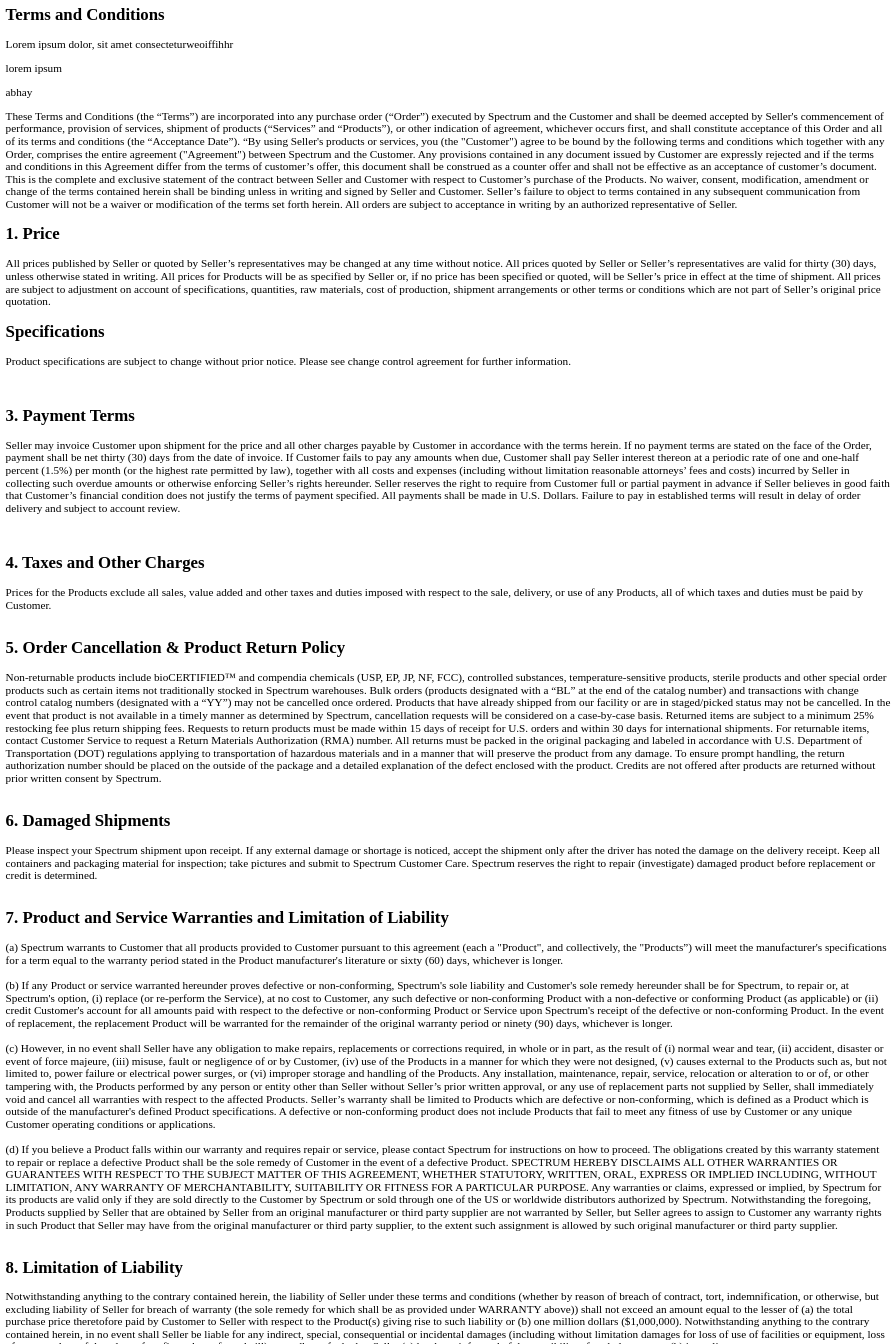
Repository: abhay3690/cheMart
Page: cheMart/cheMart/WebContent/jsp/user/terms.html
The author's editor kept a copy of each file at every save. The page is drawn from the files as they stood at one save, then again after the next save.
The browser window is 1280 px wide. The pictures show the part of the page from y = 0 to 1920 px (the page is 3045 px tall before and 3063 px after), at 70% of full size.

Above is the page before, as saved 2023-11-07 10:01:59.

### cheMart/cheMart/WebContent/jsp/user/terms.html
<div class="about">
	<h2 class="heading">Terms and Conditions</h2>
	<p>Lorem ipsum dolor, sit amet consecteturweoiffihhr</p>
	<p>lorem ipsum</p>
	<div>abhay</div>

	<p>
		<div>These Terms and Conditions (the “Terms”) are incorporated into any purchase order (“Order”) executed by Spectrum and the Customer and shall be deemed accepted by Seller's commencement of performance, provision of services, shipment of products (“Services” and “Products”), or other indication of agreement, whichever occurs first, and shall constitute acceptance of this Order and all of its terms and conditions (the “Acceptance Date”). “By using Seller's products or services, you (the "Customer") agree to be bound by the following terms and conditions which together with any Order, comprises the entire agreement ("Agreement") between Spectrum and the Customer. Any provisions contained in any document issued by Customer are expressly rejected and if the terms and conditions in this Agreement differ from the terms of customer’s offer, this document shall be construed as a counter offer and shall not be effective as an acceptance of customer’s document. This is the complete and exclusive statement of the contract between Seller and Customer with respect to Customer’s purchase of the Products. No waiver, consent, modification, amendment or change of the terms contained herein shall be binding unless in writing and signed by Seller and Customer. Seller’s failure to object to terms contained in any subsequent communication from Customer will not be a waiver or modification of the terms set forth herein. All orders are subject to acceptance in writing by an authorized representative of Seller.</div>

<div>
	<div>
	<h2>1. Price</h2>

All prices published by Seller or quoted by Seller’s representatives may be changed at any time without notice. All prices quoted by Seller or Seller’s representatives are valid for thirty (30) days, unless otherwise stated in writing. All prices for Products will be as specified by Seller or, if no price has been specified or quoted, will be Seller’s price in effect at the time of shipment. All prices are subject to adjustment on account of specifications, quantities, raw materials, cost of production, shipment arrangements or other terms or conditions which are not part of Seller’s original price quotation.
<br>
	</div>
<div>
   <h2>Specifications</h2>

Product specifications are subject to change without prior notice. Please see change control agreement for further information.
</div>

<div>
	<br>
	<br>
<h2> 3. Payment Terms</h2>

Seller may invoice Customer upon shipment for the price and all other charges payable by Customer in accordance with the terms herein. If no payment terms are stated on the face of the Order, payment shall be net thirty (30) days from the date of invoice. If Customer fails to pay any amounts when due, Customer shall pay Seller interest thereon at a periodic rate of one and one-half percent (1.5%) per month (or the highest rate permitted by law), together with all costs and expenses (including without limitation reasonable attorneys’ fees and costs) incurred by Seller in collecting such overdue amounts or otherwise enforcing Seller’s rights hereunder. Seller reserves the right to require from Customer full or partial payment in advance if Seller believes in good faith that Customer’s financial condition does not justify the terms of payment specified. All payments shall be made in U.S. Dollars. Failure to pay in established terms will result in delay of order delivery and subject to account review.

<br></div>
<div><br>
<br>
<h2> 4. Taxes and Other Charges</h2>

Prices for the Products exclude all sales, value added and other taxes and duties imposed with respect to the sale, delivery, or use of any Products, all of which taxes and duties must be paid by Customer.
<br>
<br>
</div>
<div>

<h2> 5. Order Cancellation & Product Return Policy</h2>

Non-returnable products include bioCERTIFIED™ and compendia chemicals (USP, EP, JP, NF, FCC), controlled substances, temperature-sensitive products, sterile products and other special order products such as certain items not traditionally stocked in Spectrum warehouses. Bulk orders (products designated with a “BL” at the end of the catalog number) and transactions with change control catalog numbers (designated with a “YY”) may not be cancelled once ordered. Products that have already shipped from our facility or are in staged/picked status may not be cancelled. In the event that product is not available in a timely manner as determined by Spectrum, cancellation requests will be considered on a case-by-case basis.

Returned items are subject to a minimum 25% restocking fee plus return shipping fees. Requests to return products must be made within 15 days of receipt for U.S. orders and within 30 days for international shipments. For returnable items, contact Customer Service to request a Return Materials Authorization (RMA) number. All returns must be packed in the original packaging and labeled in accordance with U.S. Department of Transportation (DOT) regulations applying to transportation of hazardous materials and in a manner that will preserve the product from any damage. To ensure prompt handling, the return authorization number should be placed on the outside of the package and a detailed explanation of the defect enclosed with the product.

Credits are not offered after products are returned without prior written consent by Spectrum.
<br><br>
</div>

<div>
<h2> 6. Damaged Shipments</h2>
Please inspect your Spectrum shipment upon receipt. If any external damage or shortage is noticed, accept the shipment only after the driver has noted the damage on the delivery receipt. Keep all containers and packaging material for inspection; take pictures and submit to Spectrum Customer Care. Spectrum reserves the right to repair (investigate) damaged product before replacement or credit is determined.
<br>
<br>
</div>

<div>
<h2> 7. Product and Service Warranties and Limitation of Liability</h2>
(a) Spectrum warrants to Customer that all products provided to Customer pursuant to this agreement (each a "Product", and collectively, the "Products”) will meet the manufacturer's specifications for a term equal to the warranty period stated in the Product manufacturer's literature or sixty (60) days, whichever is longer.
<br><br>
(b) If any Product or service warranted hereunder proves defective or non-conforming, Spectrum's sole liability and Customer's sole remedy hereunder shall be for Spectrum, to repair or, at Spectrum's option, (i) replace (or re-perform the Service), at no cost to Customer, any such defective or non-conforming Product with a non-defective or conforming Product (as applicable) or (ii) credit Customer's account for all amounts paid with respect to the defective or non-conforming Product or Service upon Spectrum's receipt of the defective or non-conforming Product. In the event of replacement, the replacement Product will be warranted for the remainder of the original warranty period or ninety (90) days, whichever is longer.
<br><br>
(c) However, in no event shall Seller have any obligation to make repairs, replacements or corrections required, in whole or in part, as the result of (i) normal wear and tear, (ii) accident, disaster or event of force majeure, (iii) misuse, fault or negligence of or by Customer, (iv) use of the Products in a manner for which they were not designed, (v) causes external to the Products such as, but not limited to, power failure or electrical power surges, or (vi) improper storage and handling of the Products. Any installation, maintenance, repair, service, relocation or alteration to or of, or other tampering with, the Products performed by any person or entity other than Seller without Seller’s prior written approval, or any use of replacement parts not supplied by Seller, shall immediately void and cancel all warranties with respect to the affected Products.

Seller’s warranty shall be limited to Products which are defective or non-conforming, which is defined as a Product which is outside of the manufacturer's defined Product specifications. A defective or non-conforming product does not include Products that fail to meet any fitness of use by Customer or any unique Customer operating conditions or applications.
<br><br>
(d) If you believe a Product falls within our warranty and requires repair or service, please contact Spectrum for instructions on how to proceed. The obligations created by this warranty statement to repair or replace a defective Product shall be the sole remedy of Customer in the event of a defective Product. SPECTRUM HEREBY DISCLAIMS ALL OTHER WARRANTIES OR GUARANTEES WITH RESPECT TO THE SUBJECT MATTER OF THIS AGREEMENT, WHETHER STATUTORY, WRITTEN, ORAL, EXPRESS OR IMPLIED INCLUDING, WITHOUT LIMITATION, ANY WARRANTY OF MERCHANTABILITY, SUITABILITY OR FITNESS FOR A PARTICULAR PURPOSE.

Any warranties or claims, expressed or implied, by Spectrum for its products are valid only if they are sold directly to the Customer by Spectrum or sold through one of the US or worldwide distributors authorized by Spectrum.

Notwithstanding the foregoing, Products supplied by Seller that are obtained by Seller from an original manufacturer or third party supplier are not warranted by Seller, but Seller agrees to assign to Customer any warranty rights in such Product that Seller may have from the original manufacturer or third party supplier, to the extent such assignment is allowed by such original manufacturer or third party supplier.
<br><br>
</div>

<div>
<h2> 8. Limitation of Liability</h2>

Notwithstanding anything to the contrary contained herein, the liability of Seller under these terms and conditions (whether by reason of breach of contract, tort, indemnification, or otherwise, but excluding liability of Seller for breach of warranty (the sole remedy for which shall be as provided under WARRANTY above)) shall not exceed an amount equal to the lesser of (a) the total purchase price theretofore paid by Customer to Seller with respect to the Product(s) giving rise to such liability or (b) one million dollars ($1,000,000). Notwithstanding anything to the contrary contained herein, in no event shall Seller be liable for any indirect, special, consequential or incidental damages (including without limitation damages for loss of use of facilities or equipment, loss of revenue, loss of data, loss of profits or loss of goodwill), regardless of whether Seller (a) has been informed of the possibility of such damages or (b) is negligent.
<br>
<br>
</div>

<div>
<h2> 9. Indemnification </h2>

Customer agrees to defend, indemnify and hold Spectrum, it officers, directors, employees and agents harmless from and against any and all claims, actions, lawsuits, including Spectrum’s attorneys’ fees, expenses, and costs of litigation, arising from Customer’s purchase or subsequent sale or transfer of a Product or to any breach Customer’s obligations under this Agreement. Customer agrees that its duty to defend, indemnify and hold Spectrum harmless arises at the first notice of a claim, action, or lawsuit. Customer agrees that its duty to defend, indemnify and to hold Spectrum harmless applies to any attorneys’ fees, expenses, and costs of litigation incurred or paid by Spectrum to enforce this Section 9. This Section 9 shall survive termination and cancellation of this Agreement.
<br>
<br>
</div>

<div>
<h2> 10. Proprietary Information</h2>
Customer agrees that all pricing, discounts and technical information that Seller provides to Customer are the confidential and proprietary information of Seller. Customer agrees to (1) keep such information confidential and not disclose such information to any third party, and (2) use such information solely for Customer’s internal purposes and in connection with the Products supplied hereunder. Nothing herein shall restrict the use of information available to the general public. Customer shall inform its employees, agents, and representatives of these obligations and shall require them to assume equivalent obligations.
<br>
<br>
</div>

<div>
<h2> 11. Miscellaneous</h2>

<strong>(a) Termination</strong> - This Agreement may be terminated by either party with agreed upon written notice delivered to the other party; This termination will only apply to Purchase orders that are not in shipment to facility or at Sellers warehouse.  In the event of any termination or expiration of this Agreement, Customer shall be billed immediately for Products shipped through the effective date of such termination or expiration and all custom Products purchased for Customer in Spectrum's inventories at such date, and Customer shall pay the invoiced amount immediately upon receipt of such invoice.
<br>
<strong>(b) Delivery, Cancellation and Changes by Customer </strong>- The Products will be shipped to the destination specified by Customer, F.O.B. Seller’s shipping point. Seller will have the right, at its election, to make partial shipments of the Products and to invoice each shipment separately. Delivery of all orders will be FCA (INCOTERMS 2000). Shipping and handling fees, special packaging materials (e.g., blue ice), carrier surcharges and hazardous material fees imposed by government regulation will be added separately to the invoice. Seller reserves the right to stop delivery of Products in transit and to withhold shipments in whole or in part if Customer fails to make any payment to Seller when due or otherwise fails to perform its obligations hereunder. All shipping and delivery dates are approximate only, and Seller will not be liable for any loss or damage resulting from any delay in delivery or failure to deliver which is due to any cause beyond Seller’s reasonable control. In the event of a delay due to any cause beyond Seller’s reasonable control, Seller reserves the right to terminate the order or to reschedule the shipment within a reasonable period of time, and Customer will not be entitled to refuse delivery or otherwise be relieved of any obligations as the result of such delay. Orders in process may be canceled only with Seller’s written or verbal consent and upon payment of Seller’s cancellation charges and/or restock fees, where applicable. Orders in process may not be changed except with Seller’s written consent and upon agreement by the parties as to an appropriate adjustment in the purchase price therefore.
<br>
</div>

<div>
	<br>
	<br>
<h2> 12. Title and Risk of Loss</h2>

Notwithstanding the trade terms indicated above and subject to Seller’s right to stop delivery of Products in transit, title to and risk of loss of the Products will pass to Customer upon delivery of possession of the Products by Seller to the carrier; provided, however, that title to any software incorporated within or forming a part of the Products shall at all times remain with Seller or the licensor(s) thereof, as the case may be.
<br>
<strong>(a) Severability </strong>- If any term or provision of this Agreement or any application thereof shall be held invalid or unenforceable, the remainder of this Agreement and any application of the terms and provisions shall not be affected thereby, but shall remain valid and enforceable.<br>

<strong>(b) Applicable Law, Venue </strong>- This Agreement is made pursuant to, and shall be construed and enforced exclusively in accordance with, the laws of the State of California (and United States federal law, to the extent applicable), without giving effect to otherwise applicable principles of conflicts of law.  Any action or proceeding seeking to enforce any provision of, or based on any right arising out of, this Agreement against any of the parties shall be brought in the courts of the State of California, or, if applicable, in the United States District Court for the Central District of California, and each of the parties consents to the jurisdiction of such courts (and of the appropriate appellate courts) in any such action or proceeding. In the event of any legal proceeding between the Seller and Customer relating to this Agreement, neither party may claim the right to a trial by jury, and both parties waive any right they may have under applicable law or otherwise to a right to a trial by jury.<br>

<strong>(c) Time Limitations </strong>- Regardless of any contrary statute or law, any suit seeking to enforce any provision of, or based on any right arising out of, this Agreement must be filed within one (1) year from the date that the cause of action arose.<br>

<strong>(d) Enforceability </strong>- Seller’s failure to enforce, or Seller’s waiver of a breach of, any provision contained herein shall not constitute a waiver of any other breach or of such provision.<br>

<strong>(e) Assignment </strong>- This Agreement shall be binding upon and inure to the benefit of the parties hereto and their respective successors and permitted assigns and designees; provided, however, neither party shall have the right to transfer, assign or delegate its rights or obligations under this Agreement or any portion thereof without the prior written consent of the other party (except that either party may assign this Agreement to a parent, subsidiary or successor corporation without such consent).<br>

The Terms & Conditions herein apply to Spectrum subsidiaries Spectrum Chemical Mfg. Corp. and Spectrum Pharmacy Products.<br>
<br>
<br>
</div>
</div>
</p>

</div>

After the next save:
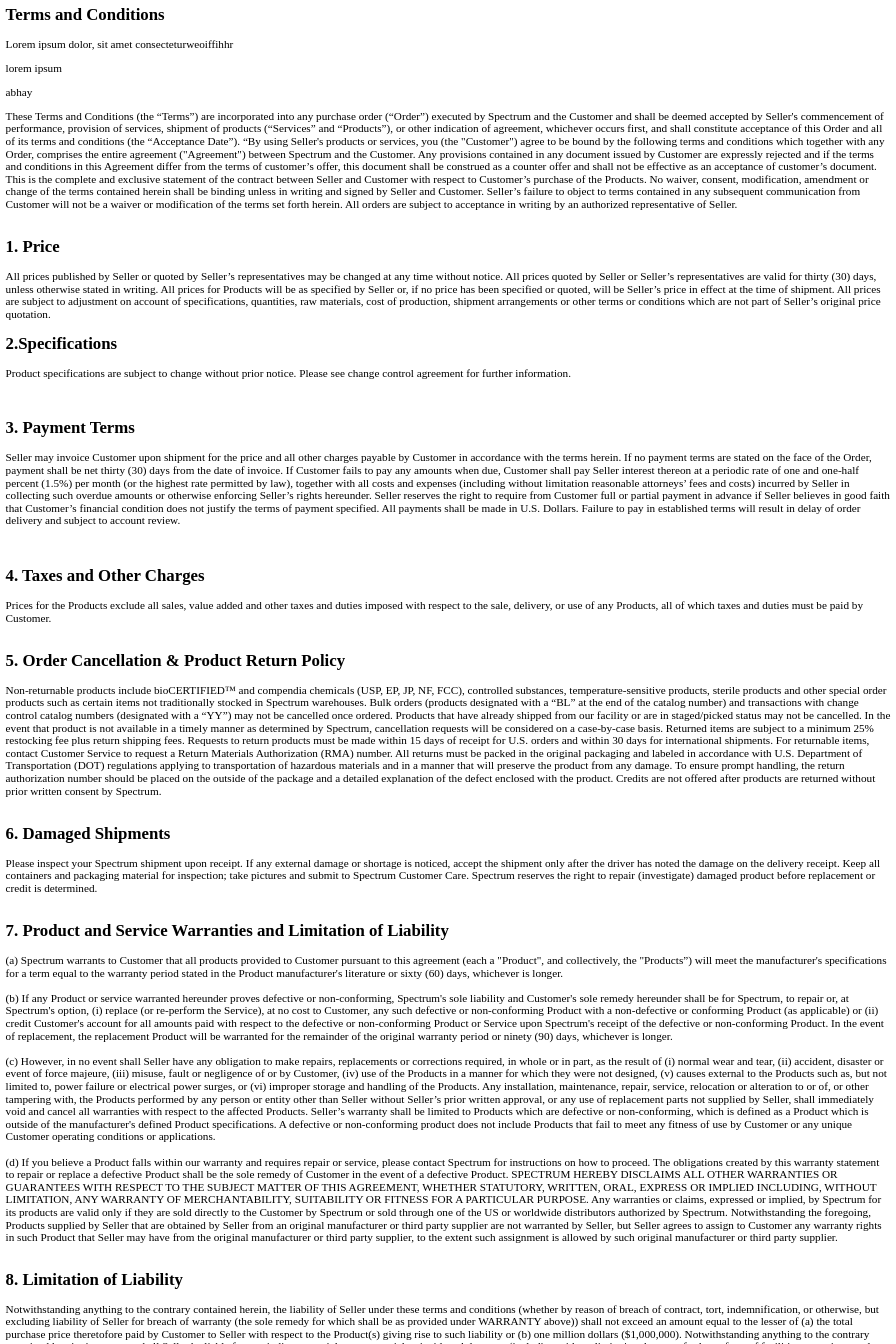
Saved 42 s later.
--- a/cheMart/cheMart/WebContent/jsp/user/terms.html
+++ b/cheMart/cheMart/WebContent/jsp/user/terms.html
@@ -9,13 +9,14 @@
 
 <div>
 	<div>
+		<br>
 	<h2>1. Price</h2>
 
 All prices published by Seller or quoted by Seller’s representatives may be changed at any time without notice. All prices quoted by Seller or Seller’s representatives are valid for thirty (30) days, unless otherwise stated in writing. All prices for Products will be as specified by Seller or, if no price has been specified or quoted, will be Seller’s price in effect at the time of shipment. All prices are subject to adjustment on account of specifications, quantities, raw materials, cost of production, shipment arrangements or other terms or conditions which are not part of Seller’s original price quotation.
 <br>
 	</div>
 <div>
-   <h2>Specifications</h2>
+   <h2>2.Specifications</h2>
 
 Product specifications are subject to change without prior notice. Please see change control agreement for further information.
 </div>
